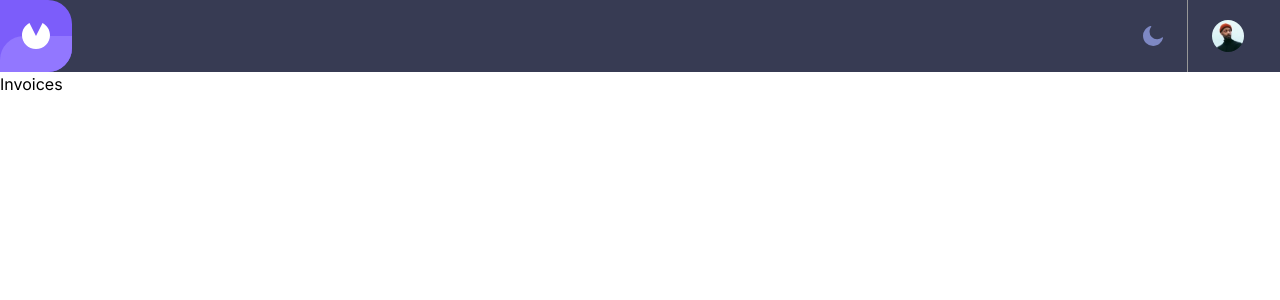
Repository: theoneswhodead/invoice-app
Page: /
The author's editor kept a copy of each file at every save. The page is drawn from the files as they stood at one save, then again after the next save.
The browser window is 1280 px wide. The pictures show the whole page.
The project was rebuilt for these pictures with package versions that can differ from the ones it lists, and the page was loaded fresh each time. The framework's server and built-in components were replaced by stand-ins that run in the browser. Also part of the build but not shown: next.config.mjs.

Above is the page before, as saved 2024-08-19 18:20:28.

### app/layout.tsx
import type { Metadata } from "next";
import { Inter } from "next/font/google";
import "./globals.css";

const inter = Inter({ subsets: ["latin"] });

export const metadata: Metadata = {
  title: "Invoice app<",
  description: "Invoice app",
};

export default function RootLayout({
  children,
}: Readonly<{
  children: React.ReactNode;
}>) {
  return (
    <html lang="en">
      <head>
        <link
            rel="icon"
            type="image/png"
            sizes="16x16"
            href="/favicon-32x32.png"
          />
      </head>
      <body className={inter.className}>{children}</body>
    </html>
  );
}

### app/page.tsx
import BarMenu from "./components/BarMenu";
import Invoices from "./components/Invoices";

export default function Home() {
  return (
    <main className="">
      <BarMenu />
      <Invoices />
    </main>
  );
}

### app/globals.css
@import url('https://fonts.googleapis.com/css2?family=League+Spartan:wght@100..900&display=swap');

@tailwind base;
@tailwind components;
@tailwind utilities;

### app/components/BarMenu.tsx
import React from 'react'
import Image from 'next/image'

const BarMenu = () => {
  return (
    <nav className='bg-gray h-[4.5rem] flex justify-between'>
      <div className='flex justify-between w-full'>
        <div className='bg-purple h-[4.5rem] w-[4.5rem] rounded-r-3xl relative'>

            <Image
                src="/logo.svg"
                width={28}
                height={26}
                alt="Logo"
                className='absolute top-1/2 left-1/2 translate-y-[-50%] translate-x-[-50%]'
            />
            <div className='bg-light_purple w-[4.5rem] h-[2.25rem] mt-[2.25rem] rounded-br-3xl rounded-tl-3xl'>

            </div>
        </div>
        <div>
            <Image
                src="/icon-moon.svg"
                width={20}
                height={20}
                alt="Theme Mode"
                className='mx-[1.5rem] my-[1.625rem]'
            />
        </div>
      </div>
      <div className='border-l border-light_gray w-[6.25rem]'>
        <Image
            src="/image-avatar.jpg"
            width={32}
            height={32}
            alt="Avatar"
            className='rounded-full my-[1.25rem] mx-[1.5rem]'
        />
      </div>
    </nav>
  )
}

export default BarMenu

### app/components/Invoices.tsx
import React from 'react'

const Invoices = () => {
  return (
    <div>
      Invoices
    </div>
  )
}

export default Invoices

### tailwind.config.ts
import type { Config } from "tailwindcss";

const config: Config = {
  content: [
    "./pages/**/*.{js,ts,jsx,tsx,mdx}",
    "./components/**/*.{js,ts,jsx,tsx,mdx}",
    "./app/**/*.{js,ts,jsx,tsx,mdx}",
  ],
  darkMode: 'selector',
  theme: {
    extend: {
      colors: {
        "purple": "#7C5DFA",
        "light_purple": "#9277FF",
        "charcoal_blue": "#1E2139",
        "charcoal_gray": "#252945",
        "lavender_blue": "#DFE3FA",
        "cool_gray": "#888EB0",
        "wild_blue_yonder": "#7E88C3",
        "gunmetal": "#0C0E16",
        "coral_red": "#EC5757",
        "periwinkle": "#9277FF",
        "off_white": "#F8F8FB",
        "rich_black": "#141625",
        "gray": "#373B53",
        "light_gray": "#979797"
      },
      fontFamily: {
        Leagie_Spartan: ["League Spartan", "sans-serif"],
      },
      screens: {
        xxs: "280px",
        xs: "375px",
        ss: "580px",
        sm: "768px",
        md: "1060px",
        lg: "1440px",
        xl: "1700px",
      },
    },
  },
  plugins: [],
};
export default config;

After the next save:
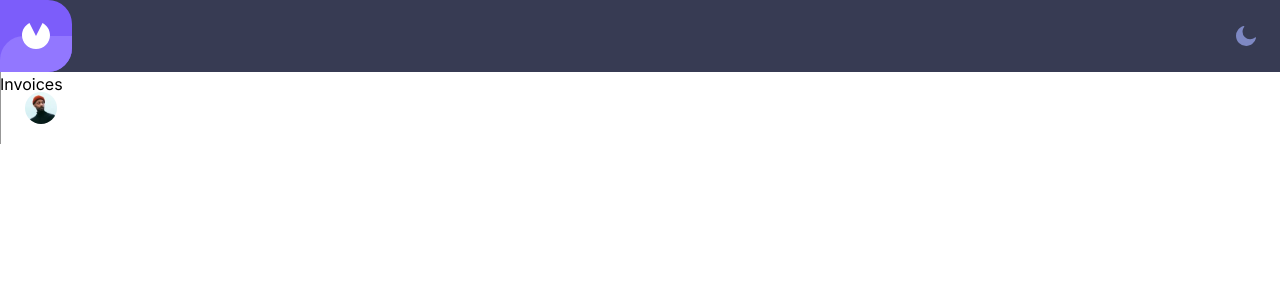
Saved 20 s later.
--- a/app/components/BarMenu.tsx
+++ b/app/components/BarMenu.tsx
@@ -3,7 +3,7 @@
 
 const BarMenu = () => {
   return (
-    <nav className='bg-gray h-[4.5rem] flex justify-between'>
+    <nav className='bg-gray h-[4.5rem] flex flex-col justify-between'>
       <div className='flex justify-between w-full'>
         <div className='bg-purple h-[4.5rem] w-[4.5rem] rounded-r-3xl relative'>
 

After the save that followed:
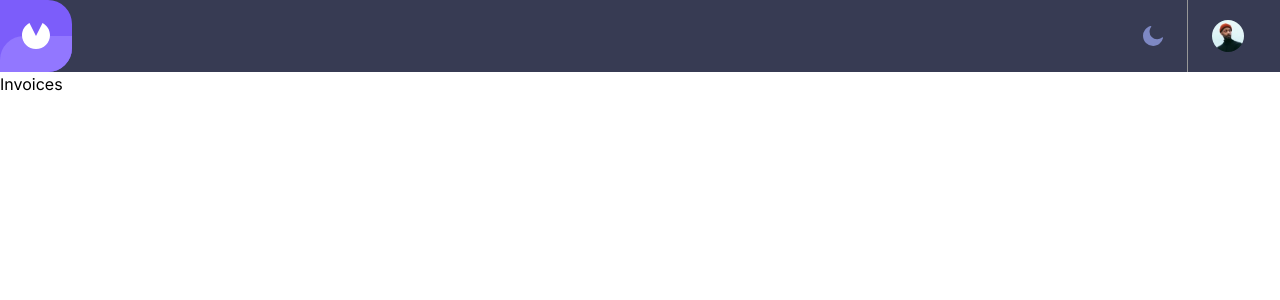
Saved 36 s later.
--- a/app/components/BarMenu.tsx
+++ b/app/components/BarMenu.tsx
@@ -3,7 +3,7 @@
 
 const BarMenu = () => {
   return (
-    <nav className='bg-gray h-[4.5rem] flex flex-col justify-between'>
+    <nav className='bg-gray h-[4.5rem] flex justify-between'>
       <div className='flex justify-between w-full'>
         <div className='bg-purple h-[4.5rem] w-[4.5rem] rounded-r-3xl relative'>
 
